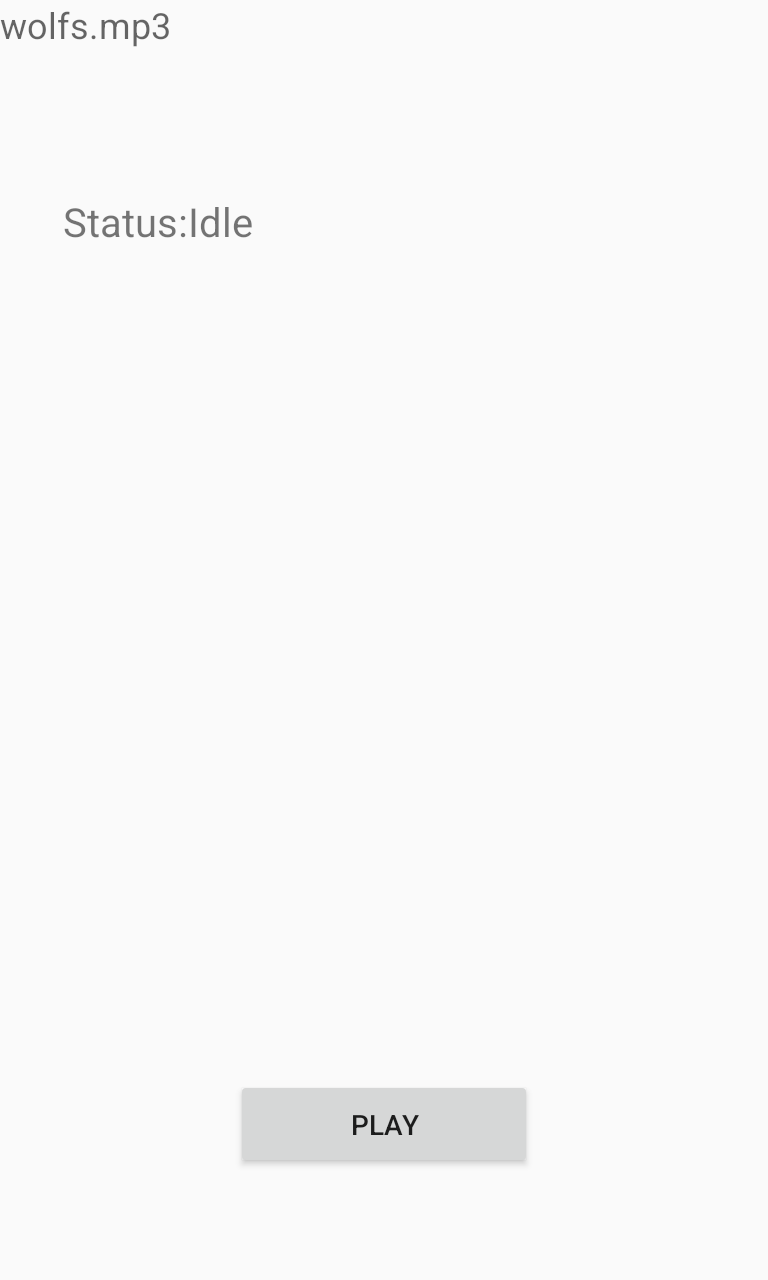
Repository: AlvaroCortez/Assigment2
Layout: AudioPlayer/res/layout/media_player_layout.xml
An editor plug-in stored every save of this project. The layout is shown before and after the next save, followed by the edit.
It is drawn on a 768 x 1280 px phone screen (xhdpi) without system bars, with theme AppTheme; the app's code is not run.

Above is the layout before, as saved 2014-06-03 12:02:17.

After the next save:
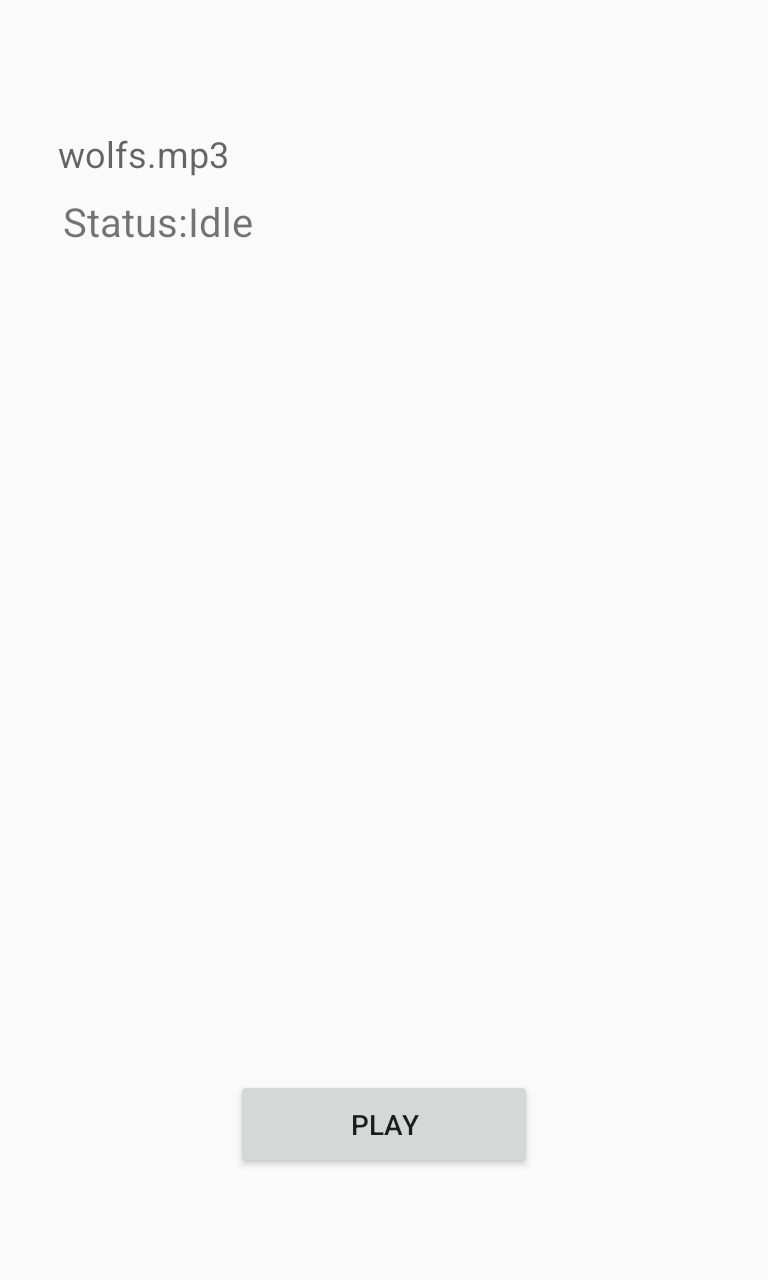
Saved 24 s later.
--- a/AudioPlayer/res/layout/media_player_layout.xml
+++ b/AudioPlayer/res/layout/media_player_layout.xml
@@ -29,9 +29,9 @@
         android:id="@+id/mp3_text"
         android:layout_width="wrap_content"
         android:layout_height="wrap_content"
-        android:layout_alignBottom="@+id/audio_text"
-        android:layout_alignLeft="@+id/audio_text"
-        android:layout_marginBottom="39dp"
+        android:layout_alignBottom="@+id/status_text"
+        android:layout_alignLeft="@+id/status_text"
+        android:layout_marginBottom="35dp"
         android:text="@string/text_mp3"
         android:textAppearance="?android:attr/textAppearanceMedium" />
 
